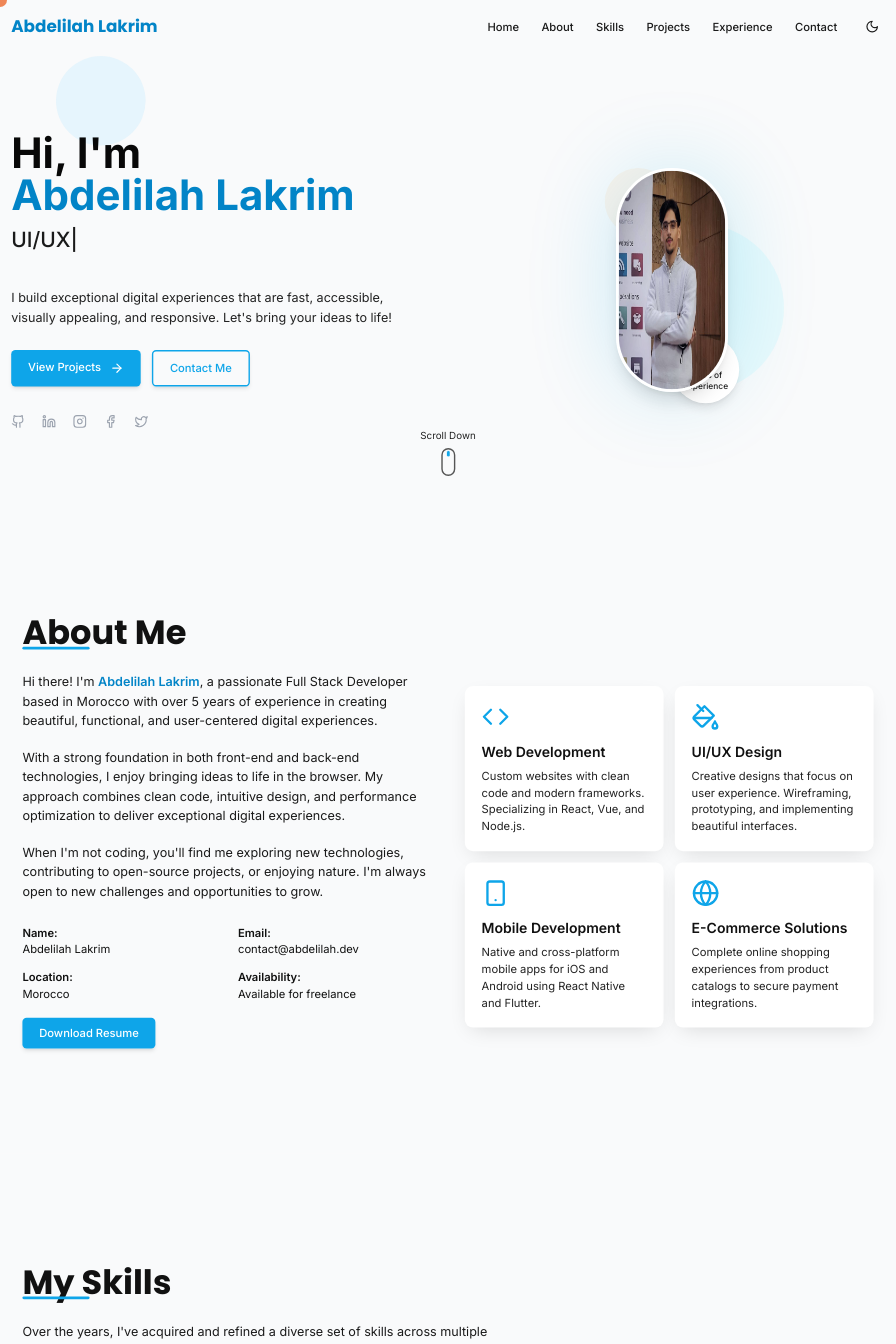
Repository: Abdelilah-Lakrim/Personal_Portfolio
Page: /
The author's editor kept a copy of each file at every save. The page is drawn from the files as they stood at one save, then again after the next save.
The browser window is 1280 px wide. The pictures show the part of the page from y = 0 to 1920 px (the page is 7905 px tall), at 70% of full size.
The project was rebuilt for these pictures with package versions that can differ from the ones it lists, and the page was loaded fresh each time. Also part of the build but not shown: vite.config.ts.

Above is the page before, as saved 2025-05-21 12:33:10.

After the next save:
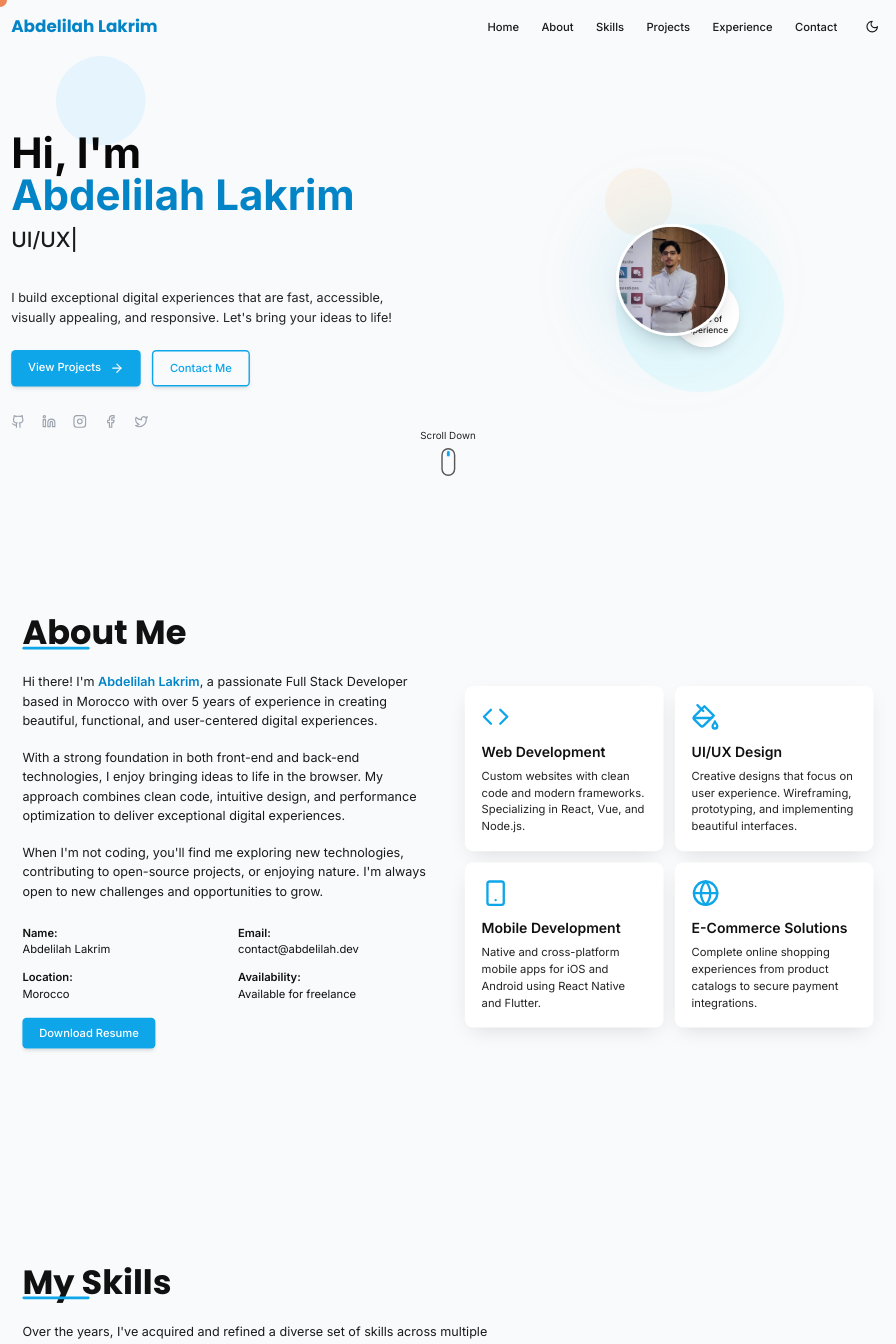
Saved 6 s later.
--- a/src/components/Hero.tsx
+++ b/src/components/Hero.tsx
@@ -152,7 +152,7 @@ const Hero: React.FC = () => {
           >
             <div className="relative">
               <div className="absolute inset-0 bg-gradient-to-r from-primary-500 to-secondary-500 rounded-full blur-3xl opacity-20"></div>
-              <img src="public/image/Portrait.jpg" className="relative z-50 w-64 h-64 sm:w-40 sm:h-80 rounded-full border-4 border-white shadow-xl"/>
+              <img src="public/image/Portrait.jpg" className="relative z-50 w-64 h-64 sm:w-40 sm:h-40 rounded-full border-4 border-white shadow-xl"/>
               <div className="absolute -bottom-4 -right-4 w-24 h-24 bg-white rounded-full flex items-center justify-center shadow-lg z-20">
                 <div className="text-xs font-medium text-center">
                   <span className="block text-primary-600 font-bold text-2xl">3+</span>
